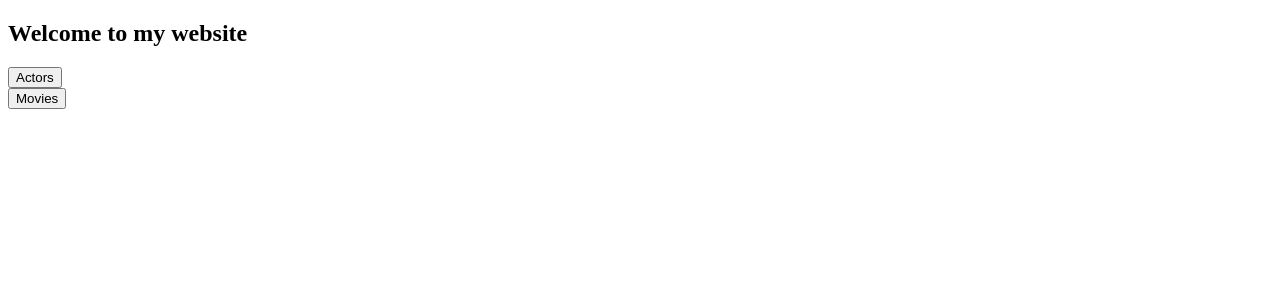
Repository: Rohit-Sarkar55/microservice-Springboot
Page: http://localhost/movie-web/views/index.jsp
These files come from the project's save history. The page is drawn as it stood at one moment and after the next save; the edit follows.
The browser window is 1280 px wide. The pictures show the whole page.
The page is served by Tomcat 9.

Above is the page before, as saved 2024-01-17 18:01:39.

After the next save:
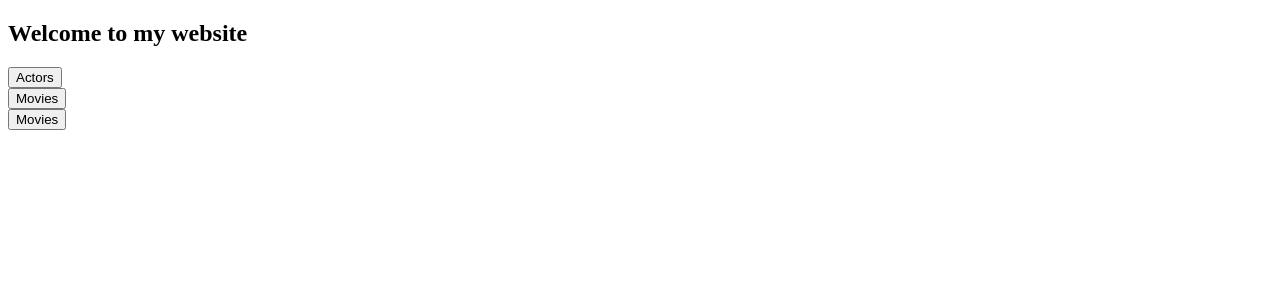
Saved 25 s later.
--- a/movie-web/src/main/webapp/views/index.jsp
+++ b/movie-web/src/main/webapp/views/index.jsp
@@ -15,5 +15,9 @@
 	<form action="movies" method="post">
 		<input type="submit" value="Movies">
 	</form>
+
+	<form action="theatres" method="post">
+		<input type="submit" value="Movies">
+	</form>
 </body>
 </html>
